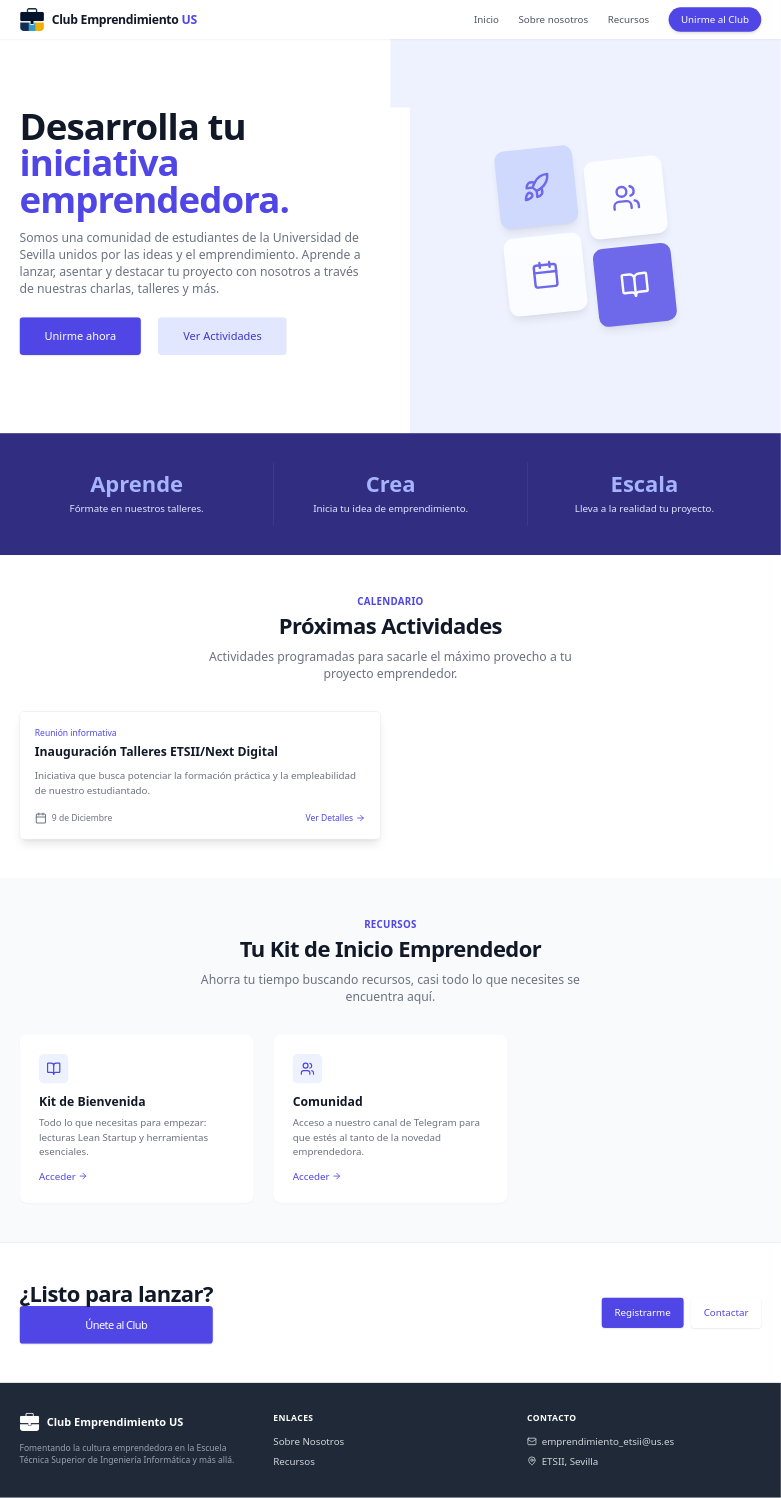
Repository: enerombar/club-emprendimiento-web
Page: /
An editor plug-in stored every save of this project. The page is shown before and after a run of saves, followed by the edit.
The browser window is 1280 px wide. The pictures show the whole page, at 61% of full size.
The project was rebuilt for these pictures with package versions that can differ from the ones it lists, and the page was loaded fresh each time. Also part of the build but not shown: vite.config.js.

Above is the page before, as saved 2025-12-08 01:21:38.

After the next 2 saves:
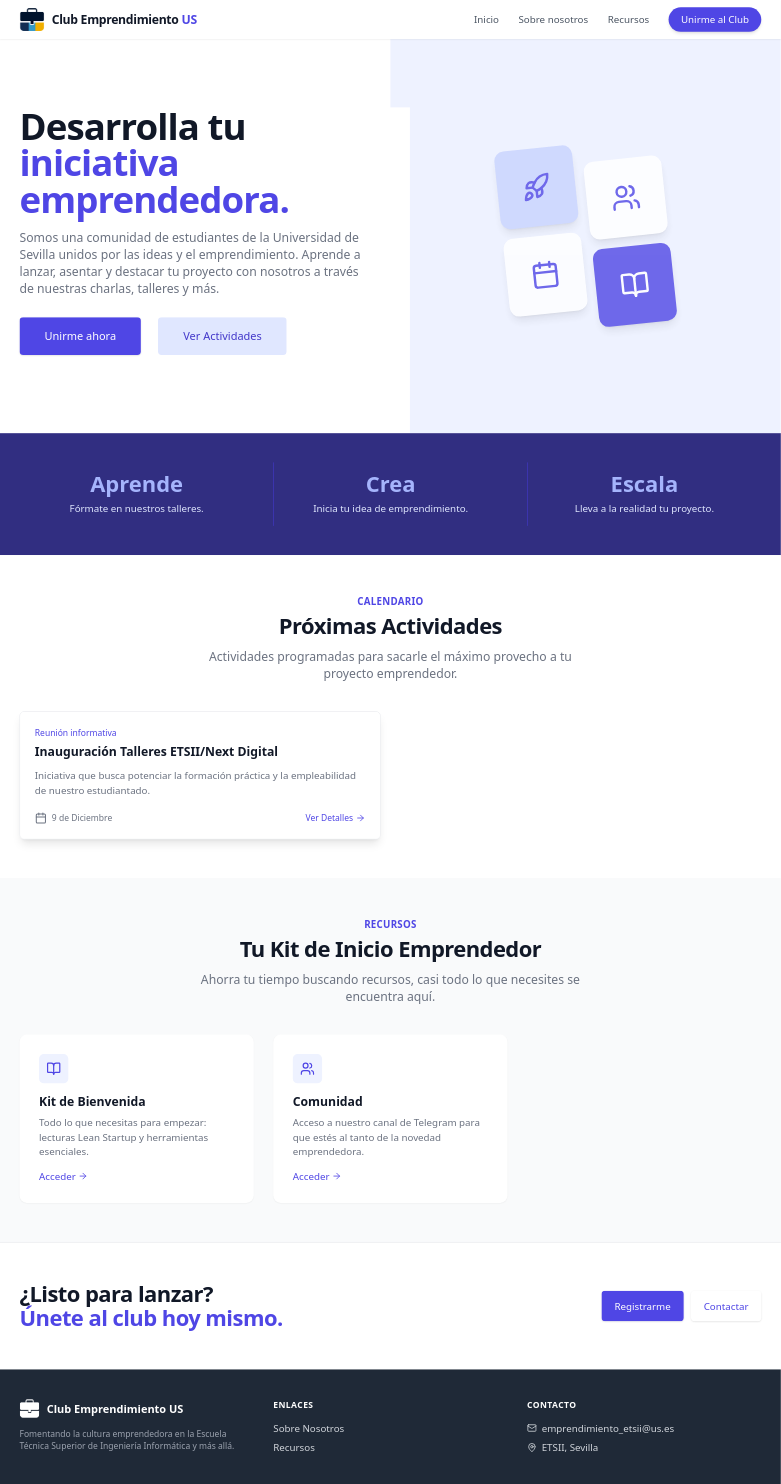
The 2 saves are shown as one change because they came seconds apart.
The last was saved 50 s later.
--- a/src/App.jsx
+++ b/src/App.jsx
@@ -344,34 +344,34 @@ const ClubEmprendimiento = () => {
 
       {/* --- CTA / FOOTER --- */}
       <div className="bg-white border-t border-gray-200">
-        <div className="max-w-7xl mx-auto py-12 px-4 sm:px-6 lg:py-16 lg:px-8 lg:flex lg:items-center lg:justify-between">
-          <h2 className="text-3xl font-extrabold tracking-tight text-gray-900 sm:text-4xl">
-            <span className="block">¿Listo para lanzar?</span>
-            <div className="rounded-md shadow">
-              <a
-                href={LINK_REGISTRO}
-                target="_blank"
-                rel="noopener noreferrer"
-                className="w-full flex items-center justify-center px-8 py-3 border border-transparent text-base font-medium rounded-md text-white bg-indigo-600 hover:bg-indigo-700 md:py-4 md:text-lg md:px-10"
-              >
-                Únete al Club
-              </a>
-            </div>
-          </h2>
-          <div className="mt-8 flex lg:mt-0 lg:flex-shrink-0">
-            <div className="inline-flex rounded-md shadow">
-              <a href="#" className="inline-flex items-center justify-center px-5 py-3 border border-transparent text-base font-medium rounded-md text-white bg-indigo-600 hover:bg-indigo-700">
-                Registrarme
-              </a>
-            </div>
-            <div className="ml-3 inline-flex rounded-md shadow">
-              <a href="#" className="inline-flex items-center justify-center px-5 py-3 border border-transparent text-base font-medium rounded-md text-indigo-600 bg-white hover:bg-gray-50">
-                Contactar
-              </a>
-            </div>
+      <div className="max-w-7xl mx-auto py-12 px-4 sm:px-6 lg:py-16 lg:px-8 lg:flex lg:items-center lg:justify-between">
+
+        {/* Título limpio, sin botones dentro */}
+        <h2 className="text-3xl font-extrabold tracking-tight text-gray-900 sm:text-4xl">
+          <span className="block">¿Listo para lanzar?</span>
+          <span className="block text-indigo-600">Únete al club hoy mismo.</span>
+        </h2>
+
+        {/* Botones a la derecha */}
+        <div className="mt-8 flex lg:mt-0 lg:flex-shrink-0">
+          <div className="inline-flex rounded-md shadow">
+            <a
+              href={LINK_REGISTRO}
+              target="_blank"
+              rel="noopener noreferrer"
+              className="inline-flex items-center justify-center px-5 py-3 border border-transparent text-base font-medium rounded-md text-white bg-indigo-600 hover:bg-indigo-700"
+            >
+              Registrarme
+            </a>
+          </div>
+          <div className="ml-3 inline-flex rounded-md shadow">
+            <a href="mailto:emprendimiento_etsii@us.es" className="inline-flex items-center justify-center px-5 py-3 border border-transparent text-base font-medium rounded-md text-indigo-600 bg-white hover:bg-gray-50">
+              Contactar
+            </a>
           </div>
         </div>
       </div>
+    </div>
 
       <footer className="bg-gray-800 text-gray-300 py-12">
         <div className="max-w-7xl mx-auto px-4 sm:px-6 lg:px-8 grid grid-cols-1 md:grid-cols-3 gap-8">
